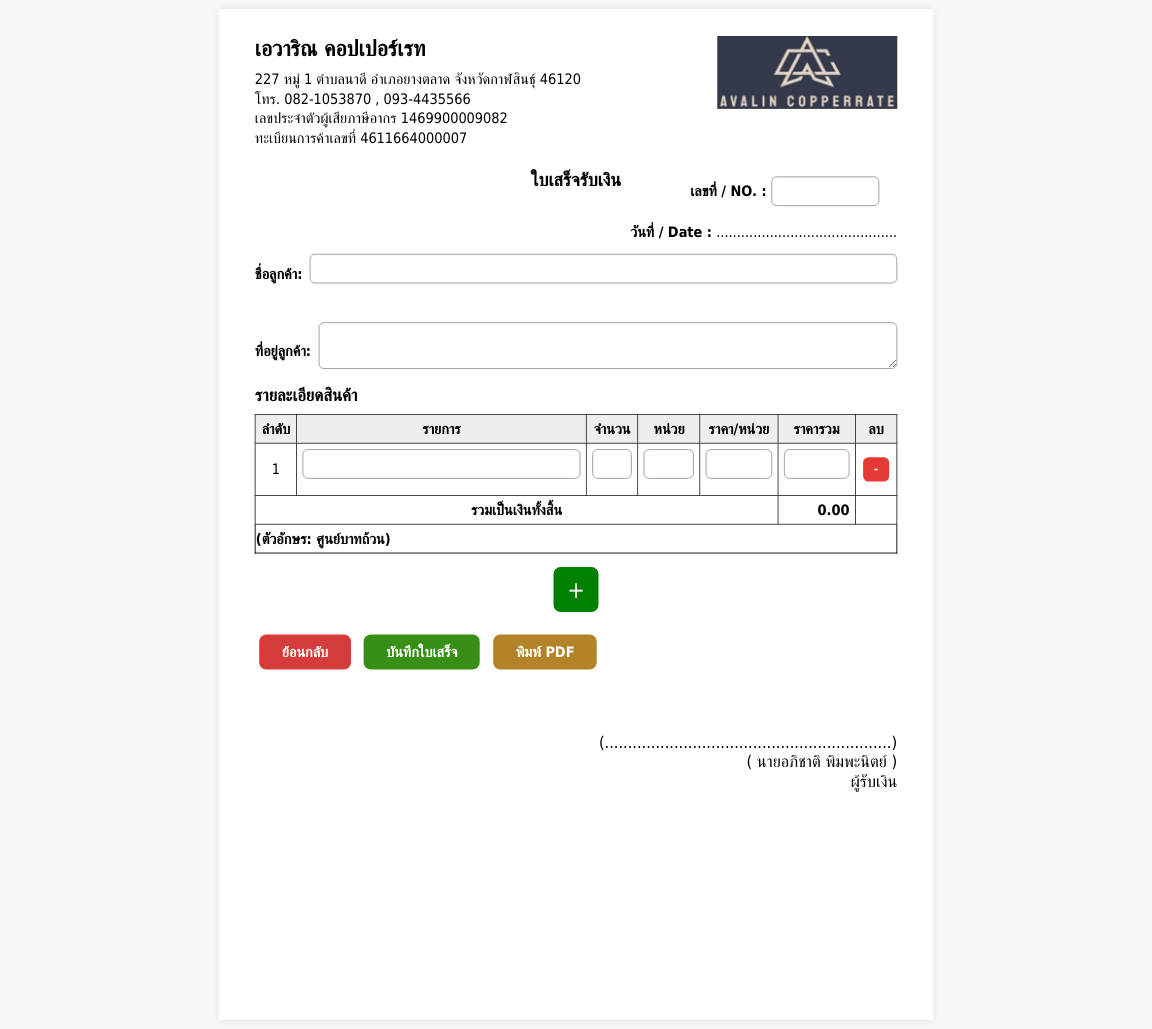
Repository: Hermesmercury88/shop_it
Page: quotation.html
These files come from the project's save history. The page is drawn as it stood at one moment and after the next save; the edit follows.
The browser window is 1280 px wide. The pictures show the whole page, at 90% of full size.
Some web fonts or font styles are not loaded; a fallback is used.

Above is the page before, as saved 2025-09-21 12:54:44.

### quotation.html
<!DOCTYPE html>
<html lang="th">
<head>
<meta charset="UTF-8">
<title>ใบเสร็จรับเงิน</title>
<link href="css/quotation.css" rel="stylesheet">
<style>
/* ตาราง */
table { border-collapse: collapse; width: 100%; }
table, th, td { border: 1px solid #000; }
th, td { padding: 5px; text-align: center; }
tfoot td { font-weight: bold; }

/* ปุ่ม */
.add-btn, .remove-btn { cursor: pointer; }

/* ปรับแถวรวม */
tfoot .total-row td { border-top: 1px solid #000; }
tfoot .total-row td:first-child { border-right: 1px solid #000; }
</style>
</head>
<body>
<div class="container" id="receiptContent">

    <!-- ส่วนหัว -->
    <div class="header-info">
        <div class="company">
            <h2>เอวาริณ คอปเปอร์เรท</h2>
            <p>227 หมู่ 1 ตำบลนาดี อำเภอยางตลาด จังหวัดกาฬสินธุ์ 46120</p>
            <p>โทร. 082-1053870 , 093-4435566</p>
            <p>เลขประจำตัวผู้เสียภาษีอากร 1469900009082</p>
            <p>ทะเบียนการค้าเลขที่ 4611664000007</p>
        </div>
        <div class="logo">
            <img src="./pic/logo.png" alt="logo">
        </div>
    </div>

    <!-- ฟอร์ม -->
    <form action="http://localhost/shop/save.php" method="post" id="receiptForm">

        <div class="doc-title">
            <h2>ใบเสร็จรับเงิน</h2>
            <div class="doc-info">
                <label>เลขที่ / NO. : <input type="text" name="order_no" required></label>
                <span><b>วันที่ / Date :</b> ............................................</span>
            </div>
        </div>

        <div class="customer-info">
            <label>ชื่อลูกค้า: <input type="text" name="customer_name" required></label><br>
            <label>ที่อยู่ลูกค้า: <textarea name="customer_address" rows="2" required></textarea></label>
        </div>

        <h3>รายละเอียดสินค้า</h3>
        <table id="itemsTable">
            <thead>
                <tr>
                    <th>ลำดับ</th>
                    <th>รายการ</th>
                    <th>จำนวน</th>
                    <th>หน่วย</th>
                    <th>ราคา/หน่วย</th>
                    <th>ราคารวม</th>
                    <th>ลบ</th>
                </tr>
            </thead>
            <tbody>
                <tr>
                    <td>1</td>
                    <td><input type="text" name="item_name[]"></td>
                    <td><input type="number" name="qty[]" class="qty"></td>
                    <td><input type="text" name="unit[]"></td>
                    <td><input type="number" name="price[]" class="price"> </td>
                    <td><input type="text" name="total[]" class="total" readonly></td>
                    <td><button type="button" class="remove-btn">-</button></td>
                </tr>
            </tbody>
            <tfoot>
                <!-- รวมเป็นเงินทั้งสิ้น -->
                 <tr>
                    <td colspan="5" style="text-align:center;font-weight:bold;">รวมเป็นเงินทั้งสิ้น</td>
                    <td style="text-align:right;font-weight:bold;">
                        <span id="grandTotalDisplay">0.00</span>
                    </td>
                    <td></td>
                </tr>
                <!-- ตัวอักษร -->
                 <tr>
                    <td colspan="7" style="text-align:left;font-weight:bold;">
                        (ตัวอักษร: <span id="thaiTextDisplay">ศูนย์บาทถ้วน</span>)
                    </td>
                </tr>
            </tfoot>
        </table>

        <input type="hidden" name="grand_total" id="grand_total_input">

        <button type="button" class="add-btn">+</button>
        <button type="button" class="button btn-back" onclick="window.location.href='index.html'">ย้อนกลับ</button>
        <button type="submit" class="button btn-save">บันทึกใบเสร็จ</button>
        <button type="button" class="button btn-print" onclick="printPDF()">พิมพ์ PDF</button>
    </form>

    <div class="signature">
        <p>(..............................................................)<br>( นายอภิชาติ พิมพะนิตย์ )<br>ผู้รับเงิน</p>
    </div>
</div>

<script>
// แปลงตัวเลขเป็นภาษาไทย
function numberToThaiText(number) {
    const txtnum = ["ศูนย์","หนึ่ง","สอง","สาม","สี่","ห้า","หก","เจ็ด","แปด","เก้า"];
    const txtdigit = ["","สิบ","ร้อย","พัน","หมื่น","แสน","ล้าน"];
    if(number === 0) return "ศูนย์บาทถ้วน";
    let bahtText = "";
    let numStr = number.toFixed(2).toString();
    let [intPart, decPart] = numStr.split(".");
    let intLen = intPart.length;

    for(let i=0; i<intLen; i++){
        let n = parseInt(intPart.charAt(i));
        let pos = intLen - i - 1;
        if(n!==0){
            if(pos==1 && n==1) bahtText += "สิบ";
            else if(pos==1 && n==2) bahtText += "ยี่สิบ";
            else if(pos==0 && n==1 && intLen>1) bahtText += "เอ็ด";
            else bahtText += txtnum[n] + (pos>0?txtdigit[pos]:"");
        }
    }
    bahtText += "บาท";
    if(decPart=="00") bahtText += "ถ้วน";
    else {
        let d1 = parseInt(decPart.charAt(0));
        let d2 = parseInt(decPart.charAt(1));
        if(d1!=0){
            if(d1==1) bahtText += "สิบ";
            else if(d1==2) bahtText += "ยี่สิบ";
            else bahtText += txtnum[d1]+"สิบ";
        }
        if(d2!=0){
            if(d2==1) bahtText += "เอ็ดสตางค์";
            else bahtText += txtnum[d2]+"สตางค์";
        }
    }
    return bahtText;
}

// คำนวณราคารวม
function calculateTotals() {
    let qtys = document.querySelectorAll(".qty");
    let prices = document.querySelectorAll(".price");
    let totals = document.querySelectorAll(".total");
    let grandTotal = 0;

    qtys.forEach((qty, i) => {
        let q = parseFloat(qty.value) || 0;
        let p = parseFloat(prices[i].value) || 0;
        let sum = q * p;
        totals[i].value = sum.toFixed(2);
        grandTotal += sum;
    });

    // แสดงผลรวม
    document.getElementById("grandTotalDisplay").innerText = grandTotal.toFixed(2);
    document.getElementById("grand_total_input").value = grandTotal.toFixed(2);

    // แสดงตัวอักษร
    document.getElementById("thaiTextDisplay").innerText = numberToThaiText(grandTotal);
}

// event คำนวณอัตโนมัติ
document.addEventListener("input", function(e){
    if(e.target.classList.contains("qty") || e.target.classList.contains("price")){
        calculateTotals();
    }
});

// เพิ่มแถวสินค้า
document.querySelector(".add-btn").addEventListener("click", function(){
    let table = document.getElementById("itemsTable").getElementsByTagName("tbody")[0];
    let rowCount = table.rows.length;
    let row = table.insertRow();
    row.innerHTML = `
        <td>${rowCount+1}</td>
        <td><input type="text" name="item_name[]"></td>
        <td><input type="number" name="qty[]" class="qty"></td>
        <td><input type="text" name="unit[]"></td>
        <td><input type="number" name="price[]" class="price"></td>
        <td><input type="text" name="total[]" class="total" readonly></td>
        <td><button type="button" class="remove-btn">ลบ</button></td>
    `;
});

// ลบแถวสินค้า
document.getElementById("itemsTable").addEventListener("click", function(e){
    if(e.target.classList.contains("remove-btn")){
        let row = e.target.closest("tr");
        row.parentNode.removeChild(row);
        calculateTotals();
        let rows = document.querySelectorAll("#itemsTable tbody tr");
        rows.forEach((r, i) => r.cells[0].innerText = i+1);
    }
});

// ปุ่มพิมพ์ PDF
function printPDF() {
  window.print();
}

</script>
</body>
</html>

### css/quotation.css
@font-face {
    font-family: "TH SarabunPSK";
    src: url("./fonts/THSarabunPSK.woff2") format("woff2"),
         url("./fonts/THSarabunPSK.woff") format("woff"),
         url("./fonts/THSarabunPSK.ttf") format("truetype");
    font-weight: normal;
    font-style: normal;
}

/* รีเซ็ต */
* {
    margin: 0;
    padding: 0;
    box-sizing: border-box;
    font-family: "TH SarabunPSK", Tahoma, sans-serif;
}

body {
    background: #f7f7f7;
    padding: 10px;
    display: flex;
    justify-content: center;
}

.container {
    background: #fff;
    width: 210mm;       /* กำหนดตรง A4 */
    min-height: 297mm;  /* ความสูง A4 */
    padding: 30px 40px;
    box-shadow: 0 0 10px rgba(0,0,0,0.1);
}

/* ส่วนหัว */
.header-info {
    display: flex;
    justify-content: space-between;
    margin-bottom: 22px;
}

.company {
    width: 65%;
    text-align: left;
}

.company h1 {
    font-size: 30px;
    margin-bottom: 10px;
}

.company h2 {
    font-size: 24px;
    margin-bottom: 10px;
}

.company p {
    font-size: 16px;
    margin: 3px 0;
}

.logo {
    text-align: left;
    margin-bottom: 20px;
}

.logo img {
    width: 200px;
    height: auto;
    display: block;
}

/* หัวใบเสร็จ */
.doc-title {
    text-align: center;
    margin: 20px 0 70px;
    position: relative;
}

.doc-title h2 {
    font-size: 20px;
    font-weight: bold;
}

.doc-info {
    position: absolute;
    right: 0;
    top: 0;
    font-size: 20px;
    text-align: right;
}

.doc-info span {
    display: block;
    margin: 3px 0;
}

.doc-info label,
.doc-info span {
    font-size: 16px;
}

/* เลขที่/NO ให้อยู่บรรทัดเดียวกับ input */
.doc-info label {
  display: inline-block;
  font-weight: bold;
  margin-right: 20px;
}

.doc-info input[type="text"] {
  width: 120px;
  display: inline-block;
}

/* ลูกค้าและที่อยู่ต่อท้าย label */
.customer-info label {
  display: flex;
  align-items: center;
  margin: 6px 0;
  font-weight: bold;
}

.customer-info input,
.customer-info textarea {
  margin-left: 8px;
  flex: 1;
}

/* รวมเป็นเงินทั้งสิ้น */
tfoot td {
  border: 1px solid #333;
}


/* ฟอร์ม */
label {
  font-size: 16px;
  font-weight: bold;
  display: block;
  margin: 8px 0 4px;
}

input[type="text"], textarea, input[type="number"] {
  font-size: 16px;
  padding: 6px;
  border: 1px solid #999;
  border-radius: 6px;
  width: 100%;
  margin-bottom: 12px;
}

/* ตาราง */
table {
  width: 100%;
  border-collapse: collapse;
  margin-top: 10px;
  table-layout: fixed; /* ใช้ความกว้างตามที่กำหนด */
}

table th,
table td {
  border: 1px solid #333;
  padding: 6px;
  text-align: center;
  font-size: 16px;
  word-wrap: break-word;   /* บังคับตัดคำ */
  word-break: break-word;  /* กันข้อความยาวติดกันไม่ตัด */
  white-space: normal;     /* ให้ขึ้นบรรทัดใหม่ได้ */
}

table th {
  background: #eee;
  font-weight: bold;
}



/* กำหนดสัดส่วนคอลัมน์ */
table th:nth-child(1), table td:nth-child(1) { width: 8%; }   /* ลำดับ */
table th:nth-child(2), table td:nth-child(2) { width: 55%; }  /* รายการ (กว้างสุด) */
table th:nth-child(3), table td:nth-child(3) { width: 10%; }  /* จำนวน */
table th:nth-child(4), table td:nth-child(4) { width: 13%; }  /* หน่วย */
table th:nth-child(5), table td:nth-child(5) { width: 15%; }  /* ราคา/หน่วย */
table th:nth-child(6), table td:nth-child(6) { width: 15%; }  /* ราคารวม */
table th:nth-child(7), table td:nth-child(7) { width: 8%; }  /* ลบ */

/* ปุ่ม */
.button {
  display: inline-block;
  font-size: 16px;
  font-weight: bold;
  padding: 10px 25px;
  margin: 10px 5px;
  border: none;
  border-radius: 8px;
  cursor: pointer;
  color: white;
}

.btn-back { background: #d43b3b; }
.btn-save { background: #378f15; }
.btn-print { background: #b3832a; }

.add-btn {
  display: block;
  margin: 15px auto;
  width: 50px;
  height: 50px;
  font-size: 26px;
  background: green;
  color: white;
  border: none;
  border-radius: 8px;
  cursor: pointer;
}

/* ปุ่มลบ */
.remove-btn {
  background-color: #e53935;
  color: white;
  border: none;
  padding: 6px 12px;
  border-radius: 6px;
  cursor: pointer;
  font-weight: bold;
}

.remove-btn:hover {
  background-color: #ef5350;
}

/* รวมเงิน */
.grand-total {
  text-align: right;
  font-weight: bold;
  font-size: 18px;
  margin-top: 15px;
}

/* ลายเซ็น */
.signature {
  margin-top: 60px;
  text-align: right;
  font-size: 18px;
}

/* @media print */
/* @media print */
@media print {
  #thaiTextDisplay {
    display: inline-block !important;   /* ให้ span แสดงแน่นอน */
    font-weight: bold !important;
    font-size: 16px !important;
    color: #000 !important;
    text-align: center !important;
    white-space: normal !important;   /* บังคับให้ตัดบรรทัดได้ */
    word-wrap: break-word !important; /* ตัดบรรทัดเมื่อเกิน */
    word-break: break-word !important;
  }

  /* ซ่อนปุ่มทั้งหมด */
  .button, .add-btn, .remove-btn {
    display: none !important;
  }

  /* ซ่อนคอลัมน์ลบในตาราง */
  th:last-child, td:last-child {
    display: none !important;
  }

  input, textarea {
    border: none !important;
    outline: none !important;
    background: transparent !important;
    pointer-events: none;
    font-size: 16px !important;   /* ฟอนต์ 16 */
    font-family: "TH SarabunPSK", sans-serif;
    color: #000;
    white-space: normal !important;
    word-wrap: break-word !important;
    word-break: break-word !important;
  }

  input::placeholder, textarea::placeholder {
    color: transparent !important;
  }

  body {
    background: none !important;
    padding: 0 !important;
  }

  .container {
    box-shadow: none !important;
    margin: 0 auto !important;
    width: 210mm !important;
    min-height: 297mm !important;
    background: #fff !important;
  }

  @page {
    size: A4 portrait;
    margin: 15mm;
  }
}

/* td ที่ครอบ span ใน tfoot */
tfoot tr:last-child td {
  display: table-cell !important;
  text-align: left !important;
  border: none !important;
  padding-left: 0 !important;
  font-size: 16px !important;
  white-space: normal !important;
  word-wrap: break-word !important;
  word-break: break-word !important;
}

/* กำหนดสัดส่วนคอลัมน์ */
table th:nth-child(1), table td:nth-child(1) { width: 8%; }   /* ลำดับ */
table th:nth-child(2), table td:nth-child(2) { width: 56%; }  /* รายการ (กว้างสุด) */
table th:nth-child(3), table td:nth-child(3) { width: 10%; }  /* จำนวน */
table th:nth-child(4), table td:nth-child(4) { width: 12%; }  /* หน่วย */
table th:nth-child(5), table td:nth-child(5) { width: 15%; }  /* ราคา/หน่วย */
table th:nth-child(6), table td:nth-child(6) { width: 15%; }  /* ราคารวม */

.summary-outside {
  display: none !important;
}

/* ข้อความในตาราง */
table th, table td {
  font-size: 16px !important;
  white-space: normal !important;   /* บังคับให้ขึ้นบรรทัด */
  word-wrap: break-word !important;
  word-break: break-word !important;
}

After the next save:
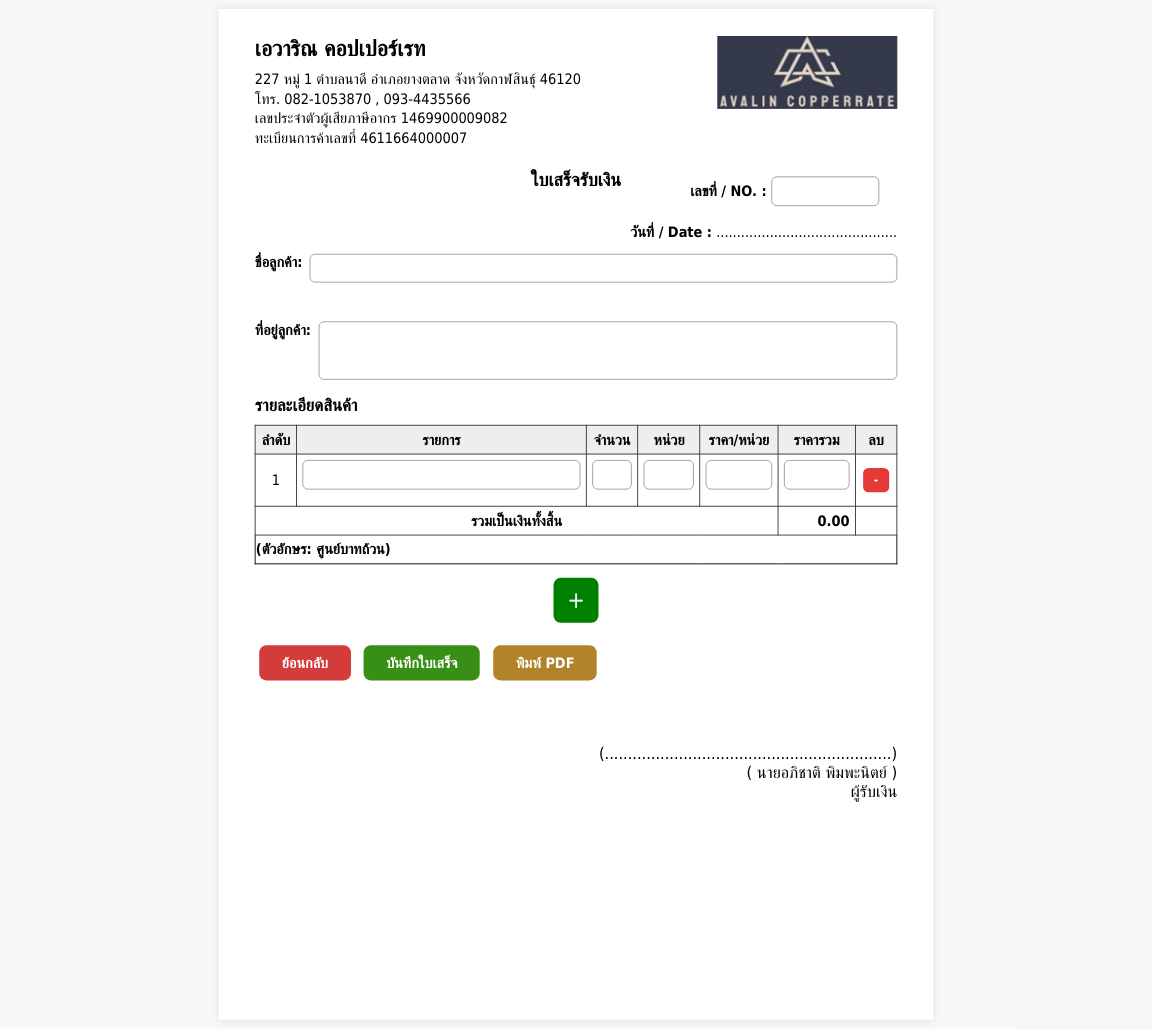
Saved 119 s later.
--- a/css/quotation.css
+++ b/css/quotation.css
@@ -113,7 +113,7 @@ body {
 /* ลูกค้าและที่อยู่ต่อท้าย label */
 .customer-info label {
   display: flex;
-  align-items: center;
+  align-items: flex-start;
   margin: 6px 0;
   font-weight: bold;
 }
@@ -122,7 +122,15 @@ body {
 .customer-info textarea {
   margin-left: 8px;
   flex: 1;
-}
+  font-family: "TH SarabunPSK", sans-serif;
+  font-size: 16px;
+}
+
+.customer-info textarea {
+  resize: none;
+  line-height: 1.6;
+}
+
 
 /* รวมเป็นเงินทั้งสิ้น */
 tfoot td {
